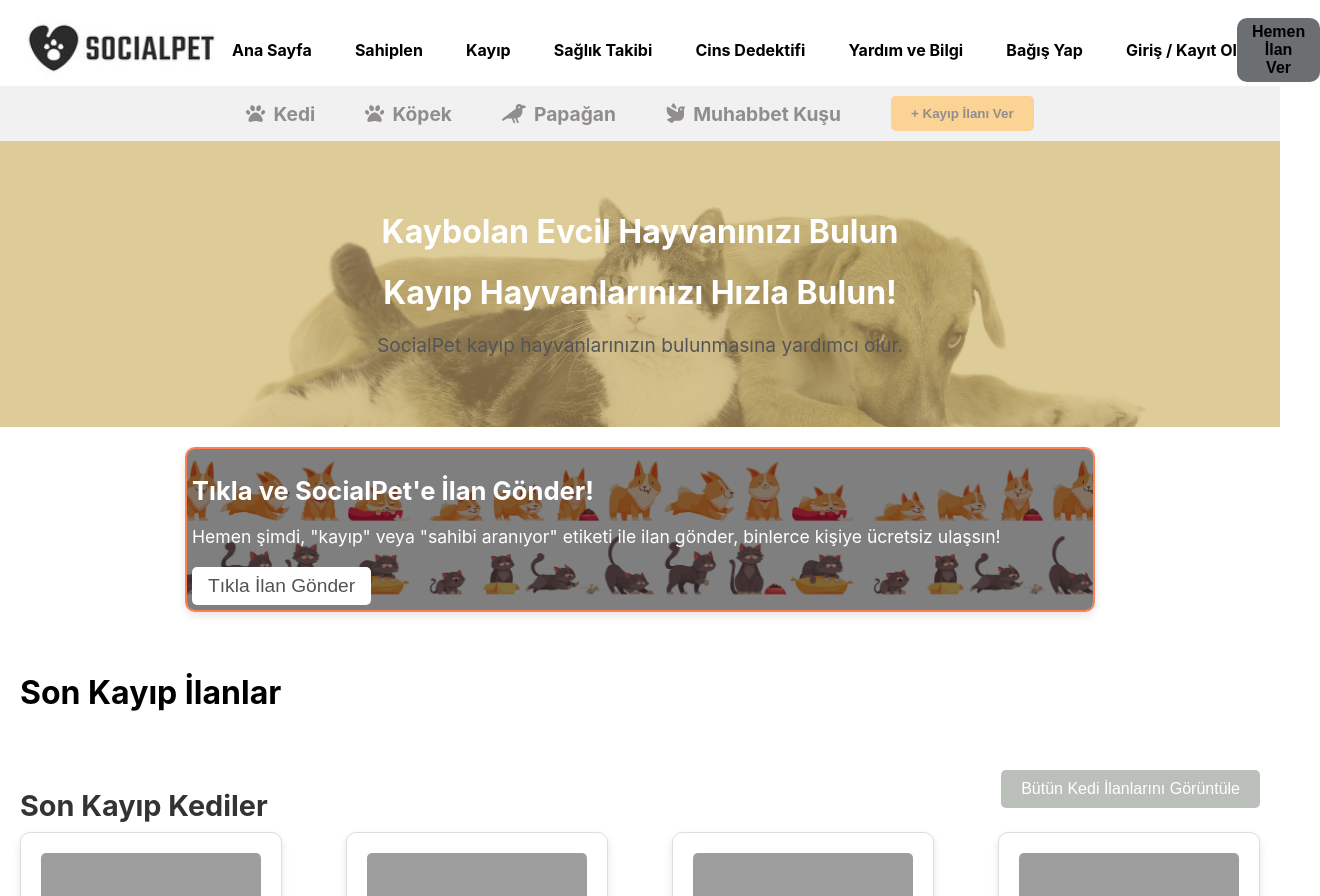
Repository: utkucaa/socialpet-frontend
Page: /lost (app in petweb/petweb/)
An editor plug-in stored every save of this project. The page is shown before and after the next save, followed by the edit.
The browser window is 1280 px wide. The page is 1320 px wide, so the pictures cover 1320 px, including what lies to the right of the window. The pictures show the part of the page from y = 0 to 896 px (the page is 3090 px tall).
Pictures or frames that could not be fetched are drawn as grey boxes. The project was rebuilt for these pictures with package versions that can differ from the ones it lists, and the page was loaded fresh each time. Also part of the build but not shown: petweb/petweb/src/Components/Login/Login.jsx, petweb/petweb/src/Components/Intro/Intro.css, petweb/petweb/src/Components/Intro/Intro.jsx, petweb/petweb/src/Components/Register/Register.jsx, petweb/petweb/src/Components/Profile/ProfilePage.css, petweb/petweb/src/Components/Profile/ProfilePage.jsx, petweb/petweb/src/Components/Adoption/Header.css, petweb/petweb/src/Components/Adoption/Header.jsx and 23 more. Imported but missing from the stored project, and not drawn on this page: petweb/petweb/src/Components/AdoptionSteps.

Above is the page before, as saved 2025-01-09 21:54:23.

After the next save:
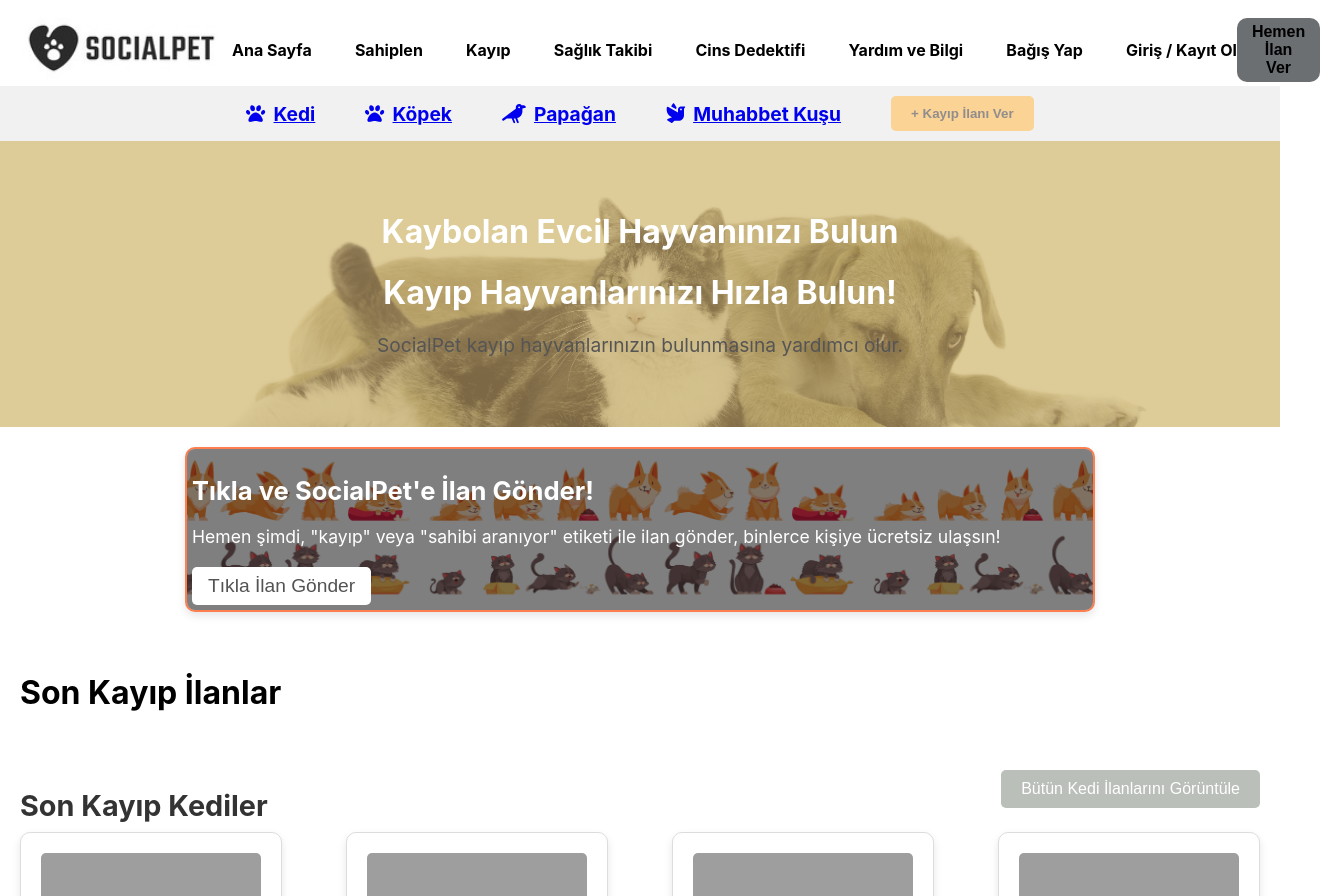
Saved 5 min 52 s later.
--- a/petweb/petweb/src/Components/Lost/CategoryBar.jsx
+++ b/petweb/petweb/src/Components/Lost/CategoryBar.jsx
@@ -1,27 +1,34 @@
 import React from 'react';
 import './CategoryBar.css';
 import { FontAwesomeIcon } from '@fortawesome/react-fontawesome';
-import { faPaw , faDove , faCrow} from '@fortawesome/free-solid-svg-icons';
-
+import { faPaw, faDove, faCrow } from '@fortawesome/free-solid-svg-icons';
 
 const CategoryBar = () => {
   return (
     <div className="category-bar">
       <span className="category-text">
-        <FontAwesomeIcon icon={faPaw} style={{ marginRight: '8px' }} />
-        Kedi
+        <a href="#lost-cats">
+          <FontAwesomeIcon icon={faPaw} style={{ marginRight: '8px' }} />
+          Kedi
+        </a>
       </span>
       <span className="category-text">
-        <FontAwesomeIcon icon={faPaw} style={{ marginRight: '8px' }} />
-        Köpek
+        <a href="#lost-dogs">
+          <FontAwesomeIcon icon={faPaw} style={{ marginRight: '8px' }} />
+          Köpek
+        </a>
       </span>
       <span className="category-text">
-        <FontAwesomeIcon icon={faCrow} style={{ marginRight: '8px' }} />
-        Papağan
+        <a href="#lost-parrots">
+          <FontAwesomeIcon icon={faCrow} style={{ marginRight: '8px' }} />
+          Papağan
+        </a>
       </span>
       <span className="category-text">
-        <FontAwesomeIcon icon={faDove} style={{ marginRight: '8px' }} />
-        Muhabbet Kuşu
+        <a href="#lost-lovebirds">
+          <FontAwesomeIcon icon={faDove} style={{ marginRight: '8px' }} />
+          Muhabbet Kuşu
+        </a>
       </span>
       <button className="lost-button"> + Kayıp İlanı Ver</button>
     </div>

After the save that followed:
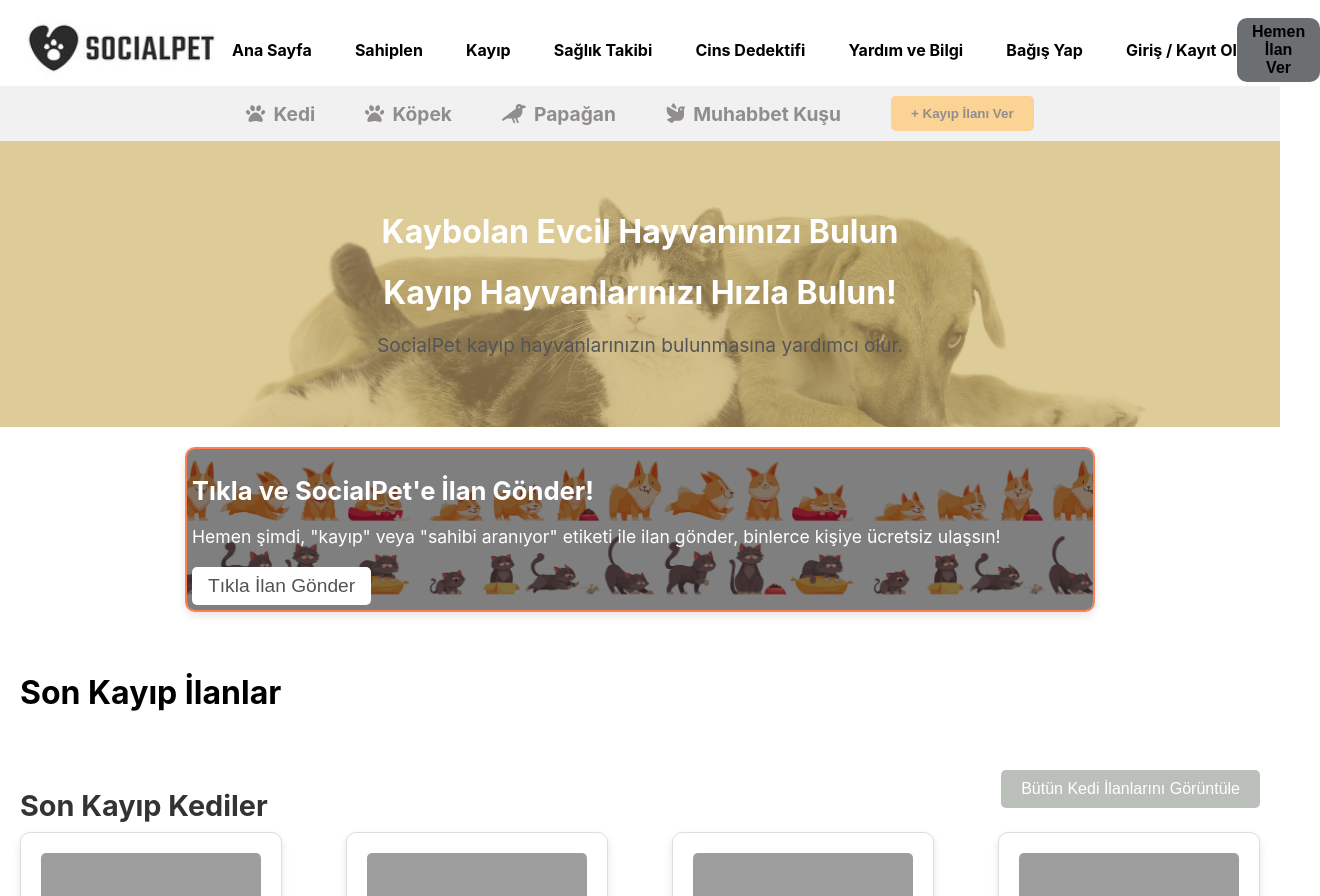
Saved 10 s later.
--- a/petweb/petweb/src/Components/Lost/CategoryBar.jsx
+++ b/petweb/petweb/src/Components/Lost/CategoryBar.jsx
@@ -1,34 +1,27 @@
 import React from 'react';
 import './CategoryBar.css';
 import { FontAwesomeIcon } from '@fortawesome/react-fontawesome';
-import { faPaw, faDove, faCrow } from '@fortawesome/free-solid-svg-icons';
+import { faPaw , faDove , faCrow} from '@fortawesome/free-solid-svg-icons';
+
 
 const CategoryBar = () => {
   return (
     <div className="category-bar">
       <span className="category-text">
-        <a href="#lost-cats">
-          <FontAwesomeIcon icon={faPaw} style={{ marginRight: '8px' }} />
-          Kedi
-        </a>
+        <FontAwesomeIcon icon={faPaw} style={{ marginRight: '8px' }} />
+        Kedi
       </span>
       <span className="category-text">
-        <a href="#lost-dogs">
-          <FontAwesomeIcon icon={faPaw} style={{ marginRight: '8px' }} />
-          Köpek
-        </a>
+        <FontAwesomeIcon icon={faPaw} style={{ marginRight: '8px' }} />
+        Köpek
       </span>
       <span className="category-text">
-        <a href="#lost-parrots">
-          <FontAwesomeIcon icon={faCrow} style={{ marginRight: '8px' }} />
-          Papağan
-        </a>
+        <FontAwesomeIcon icon={faCrow} style={{ marginRight: '8px' }} />
+        Papağan
       </span>
       <span className="category-text">
-        <a href="#lost-lovebirds">
-          <FontAwesomeIcon icon={faDove} style={{ marginRight: '8px' }} />
-          Muhabbet Kuşu
-        </a>
+        <FontAwesomeIcon icon={faDove} style={{ marginRight: '8px' }} />
+        Muhabbet Kuşu
       </span>
       <button className="lost-button"> + Kayıp İlanı Ver</button>
     </div>
